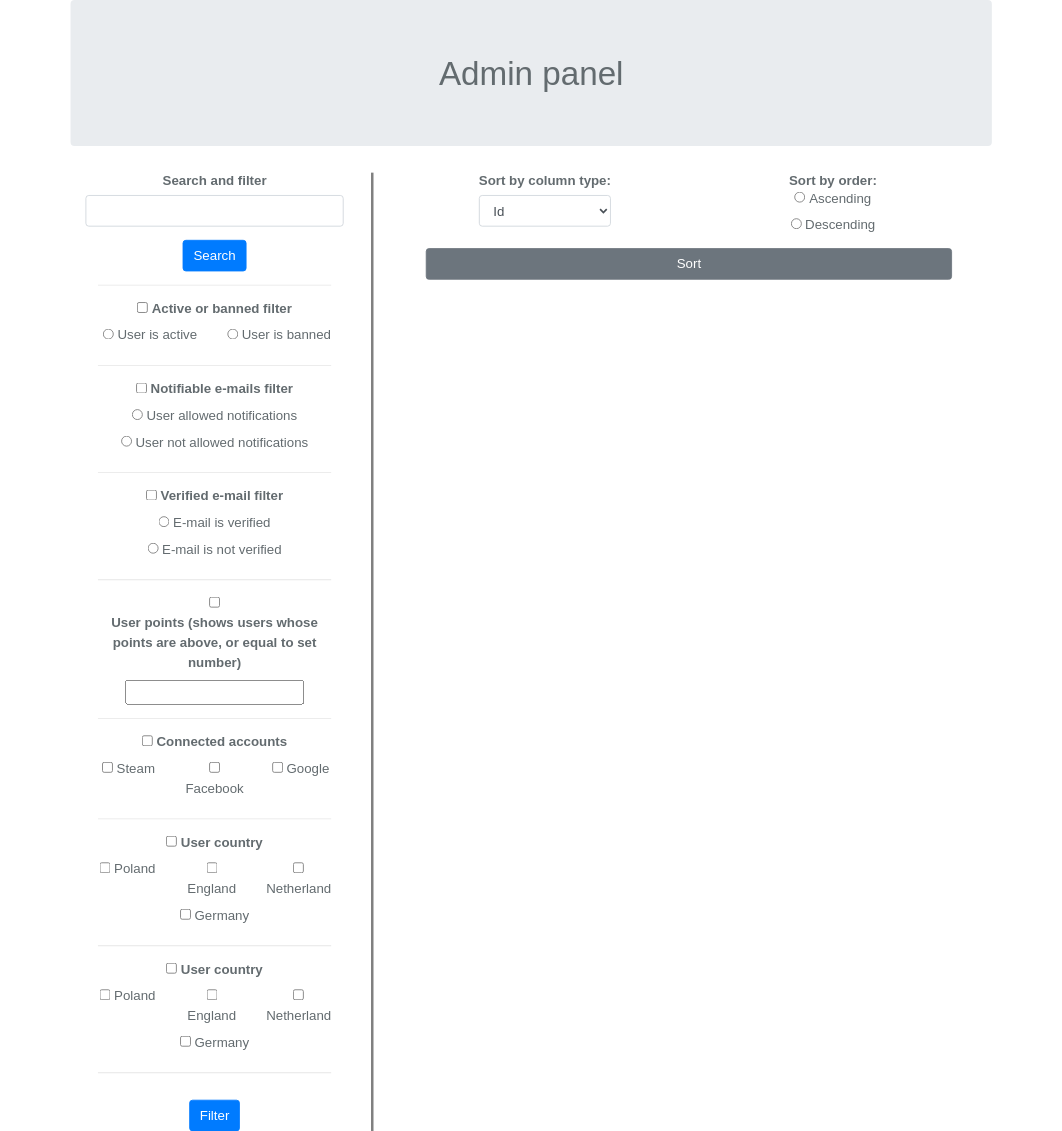
Repository: WOLVGVNG/gameclan
Page: resources/views/admin_panel.blade.php
These files come from the project's save history. The page is drawn as it stood at one moment and after the next save; the edit follows.
The browser window is 1280 px wide. The pictures show the whole page, at 83% of full size.
The page is served by the project's Laravel application, run on PHP 8.4 with Laravel 8. The template is opened directly, without the code that normally fills it, so the values that code supplies are empty.

Above is the page before, as saved 2019-03-20 23:25:38.

After the next save:
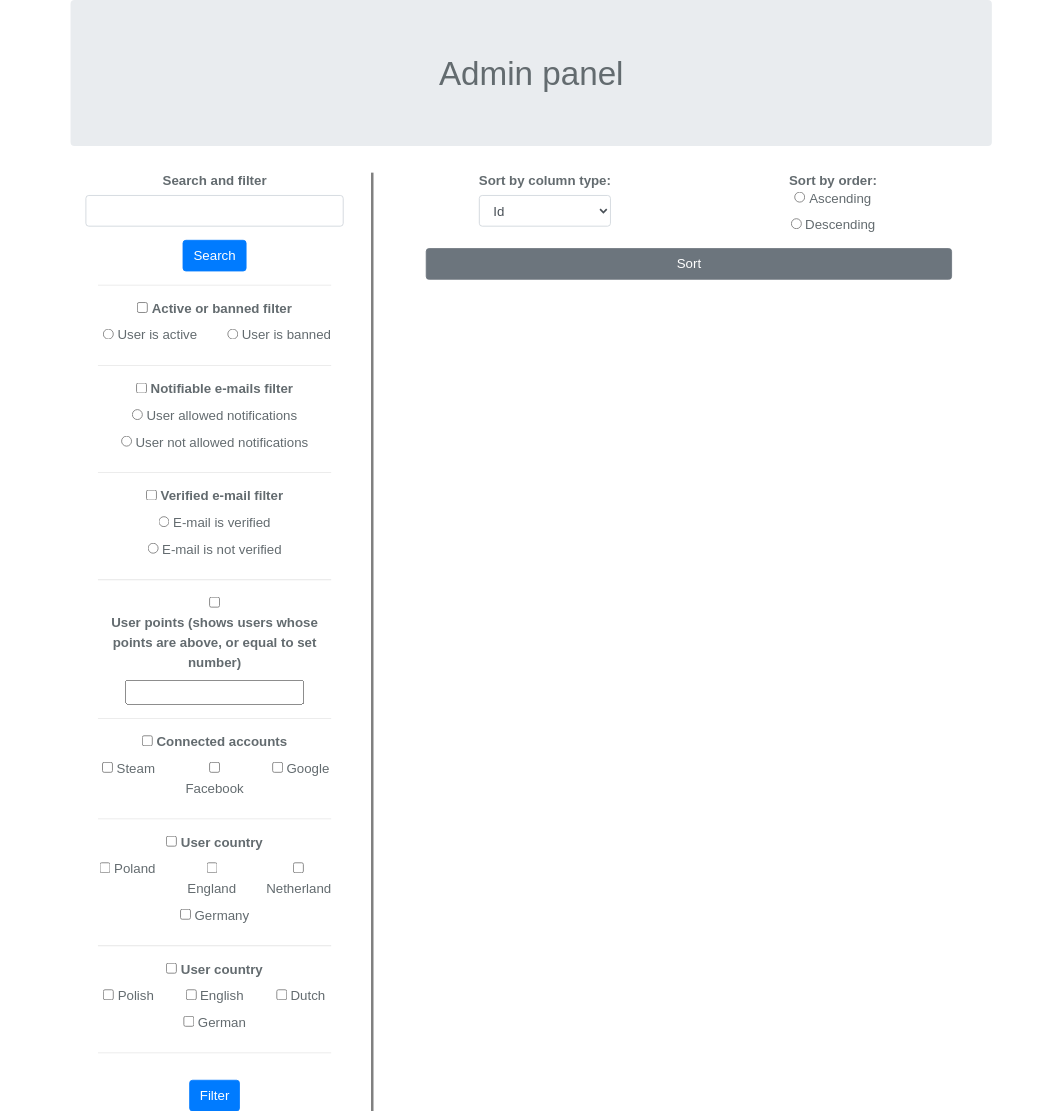
Saved 30 s later.
--- a/resources/views/admin_panel.blade.php
+++ b/resources/views/admin_panel.blade.php
@@ -151,19 +151,19 @@
                 <div class='row'>
                     <div class='col'>
                         <input type='checkbox' name='filter_lang_pl' id='lang_pl' value='pl' @if(session('filter_lang_pl')=='pl') echo checked @endif>
-                        <label for='lang_pl'>Poland</label>
+                        <label for='lang_pl'>Polish</label>
                     </div>
                     <div class='col'>
                         <input type='checkbox' name='filter_lang_en' id='lang_en' value='en' @if(session('filter_lang_en')=='en') echo checked @endif>
-                        <label for='lang_en'>England</label>
+                        <label for='lang_en'>English</label>
                     </div>
                     <div class='col'>
                         <input type='checkbox' name='filter_lang_nl' id='lang_nl' value='nl' @if(session('filter_lang_nl')=='nl') echo checked @endif>
-                        <label for='lang_nl'>Netherland</label>
+                        <label for='lang_nl'>Dutch</label>
                     </div>
                     <div class='col'>
                         <input type='checkbox' name='filter_lang_ge' id='lang_ge' value='ge' @if(session('filter_lang_ge')=='ge') echo checked @endif>
-                        <label for='lang_ge'>Germany</label>
+                        <label for='lang_ge'>German</label>
                     </div>
                 </div>
 
